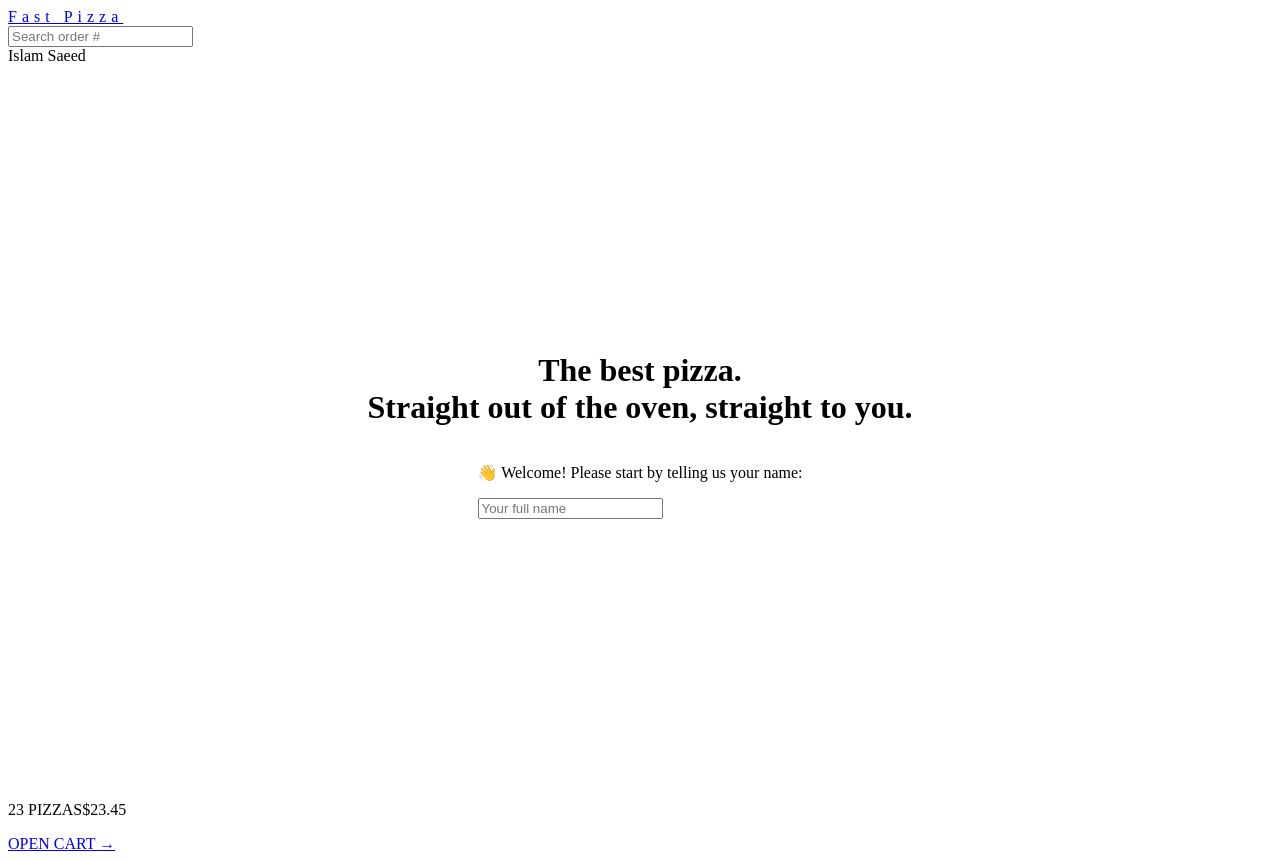
Repository: islamsaeedDev/ecommerce-cash-on-deliver-pizza-store
Page: /
An editor plug-in stored every save of this project. The page is shown before and after the next save, followed by the edit.
The browser window is 1280 px wide. The pictures show the whole page.
The project was rebuilt for these pictures with package versions that can differ from the ones it lists, and the page was loaded fresh each time. Also part of the build but not shown: vite.config.js, src/ui/Error.jsx, src/services/apiRestaurant.js, src/utils/helpers.js, src/features/menu/MenuItem.jsx, src/features/menu/Menu.jsx, src/features/cart/Cart.jsx, src/features/order/Order.jsx and 1 more. Imported but missing from the stored project, and not drawn on this page: src/features/order/CreateOrder.

Above is the page before, as saved 2025-10-22 08:15:12.

### index.html
<!doctype html>
<html lang="en">
  <head>
    <meta charset="UTF-8" />
    <link rel="icon" type="image/svg+xml" href="/vite.svg" />
    <meta name="viewport" content="width=device-width, initial-scale=1.0" />

    <title>Vite + React</title>
  </head>
  <body class="bg-stone-100 text-stone-700">
    <div id="root"></div>
    <script type="module" src="/src/main.jsx"></script>
  </body>
</html>

### src/App.jsx
import { createBrowserRouter, RouterProvider } from "react-router-dom";
import Home from "./ui/Home";
import Error from "./ui/Error";
import Menu, { loader as menuLoader } from "./features/menu/Menu";

import Cart from "./features/cart/Cart";
import CreateOrder, {
  action as createOrderAction,
} from "./features/order/CreateOrder";
import Order, { loader as orderLoader } from "./features/order/Order";
import AppLayout from "./ui/AppLayout";

const router = createBrowserRouter([
  {
    element: <AppLayout />,
    errorElement: <Error />,
    children: [
      {
        path: "/",
        element: <Home />,
      },
      {
        path: "/menu",
        element: <Menu />,
        loader: menuLoader,
        errorElement: <Error />,
      },
      { path: "/cart", element: <Cart /> },
      {
        path: "/order/new",
        element: <CreateOrder />,
        action: createOrderAction,
      },
      {
        path: "/order/:orderId",
        element: <Order />,
        loader: orderLoader,
        errorElement: <Error />,
      },
    ],
  },
]);

function App() {
  return <RouterProvider router={router} />;
}

export default App;

### src/index.css
@tailwind base;
@tailwind components;
@tailwind utilities;
/* body {
  font-family: system-ui, -apple-system, BlinkMacSystemFont, "Segoe UI", Roboto,
    Oxygen, Ubuntu, Cantarell, "Open Sans", "Helvetica Neue", sans-serif;
  background-color: #f7f7f7;
  color: #444;
}

.layout {
  display: grid;
  grid-template-rows: auto 1fr auto;
  gap: 32px;
  height: 100dvh;
} */

/* https://dev.to/afif/i-made-100-css-loaders-for-your-next-project-4eje */
.loader {
  width: 45px;
  aspect-ratio: 0.75;
  --c: no-repeat linear-gradient(#333 0 0);
  background: var(--c) 0% 50%, var(--c) 50% 50%, var(--c) 100% 50%;
  background-size: 20% 50%;
  animation: loading 1s infinite linear;
}

@keyframes loading {
  20% {
    background-position: 0% 0%, 50% 50%, 100% 50%;
  }
  40% {
    background-position: 0% 100%, 50% 0%, 100% 50%;
  }
  60% {
    background-position: 0% 50%, 50% 100%, 100% 0%;
  }
  80% {
    background-position: 0% 50%, 50% 50%, 100% 100%;
  }
}

### src/ui/Home.jsx
import CreateUser from '../features/user/CreateUser';

function Home() {
  return (
    <div className="flex min-h-screen flex-col items-center justify-center bg-gray-100 p-4">
      <h1 className="mb-8 text-center text-3xl font-semibold">
        The best pizza.
        <br />
        <span className="text-fuchsia-500">
          Straight out of the oven, straight to you.
        </span>
      </h1>

      <CreateUser />
    </div>
  );
}

export default Home;

### src/ui/AppLayout.jsx
import { Outlet, useNavigation } from 'react-router-dom';
import CartOverview from '../features/cart/CartOverview';
import Header from './Header';
import Loader from './Loader';

function AppLayout() {
  const navigation = useNavigation();

  const isLoading = navigation.state === 'loading';

  return (
    <div className="layout">
      {isLoading && <Loader />}
      <Header />
      <main>
        <Outlet />
      </main>

      <CartOverview />
    </div>
  );
}

export default AppLayout;

### src/features/cart/CartOverview.jsx
import { Link } from 'react-router-dom';

function CartOverview() {
  return (
    <div className="bg-stone-800 uppercase text-stone-200">
      <p className="font-semibold text-stone-300">
        <span>23 pizzas</span>
        <span>$23.45</span>
      </p>
      <Link to="/cart">Open cart &rarr;</Link>
    </div>
  );
}

export default CartOverview;

### src/ui/Header.jsx
import { Link } from 'react-router-dom';
import SearchOrder from '../features/order/SearchOrder';
import Username from '../features/user/Username';

function Header() {
  return (
    <header className="uppcase bg-fuchsia-500">
      <Link className="tracking-[5px]" to="/">
        Fast Pizza
      </Link>
      {/* <Link to="/menu">Menu</Link>
      <Link to="/cart">Cart</Link>
      <Link to="/order/new">Order pizzas</Link>
      <Link to="/order">Orders</Link> */}
      <SearchOrder />
      <Username />
    </header>
  );
}

export default Header;

### src/features/order/SearchOrder.jsx
import { useState } from "react";
import { useNavigate } from "react-router-dom";

function SearchOrder() {
  const [query, setQuery] = useState();
  const navigate = useNavigate();

  const handleSubmit = (e) => {
    e.preventDefault();
    if (!query) return;
    navigate(`/order/${query}`);
    setQuery("");
  };

  return (
    <form onSubmit={handleSubmit}>
      <input
        placeholder="Search order #"
        value={query}
        onChange={(e) => setQuery(e.target.value)}
      />
    </form>
  );
}

export default SearchOrder;

### src/features/user/Username.jsx
function Username() {
  return <div className="text-sm font-semibold">Islam Saeed</div>;
}

export default Username;

Loaded but not shown: src/main.jsx (common file); src/features/user/CreateUser.jsx (common file)

After the next save:
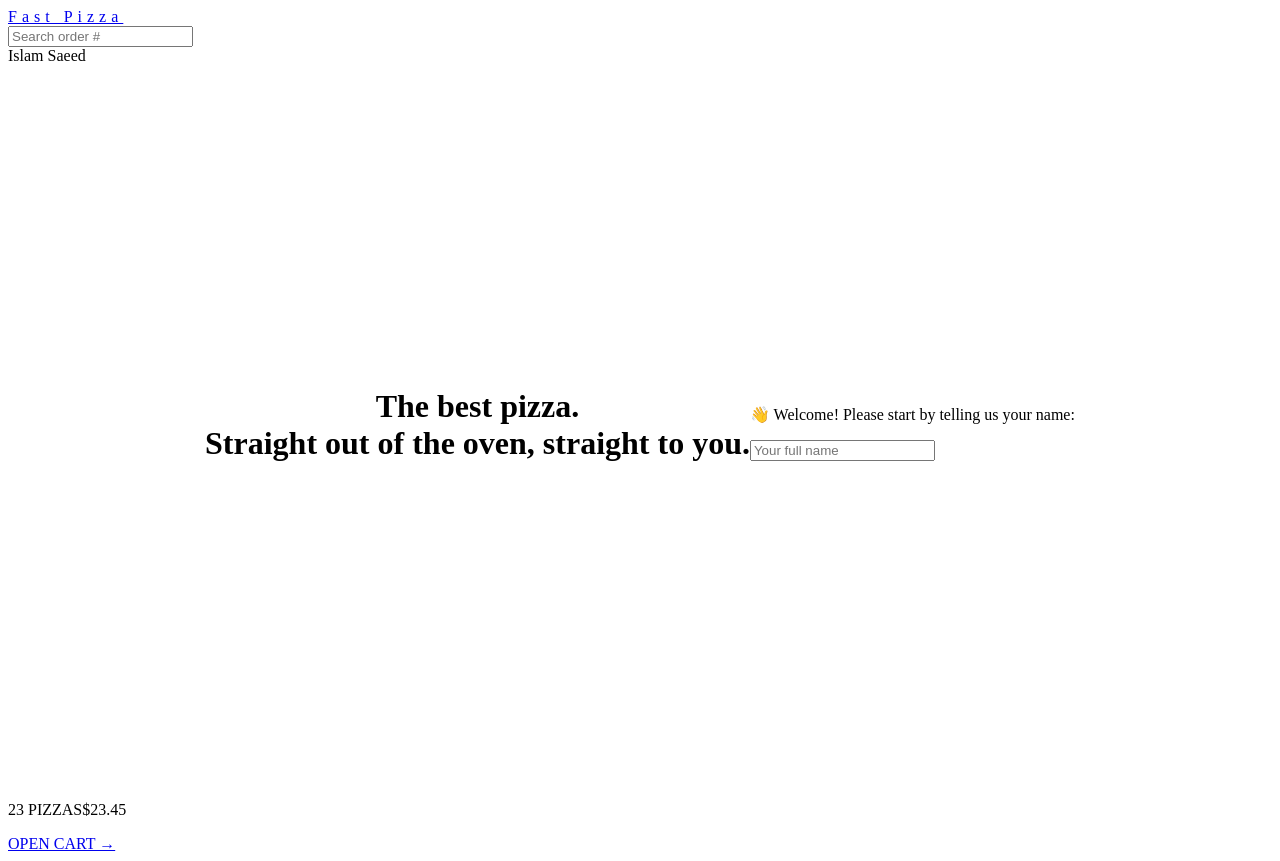
Saved 33 s later.
--- a/src/ui/Home.jsx
+++ b/src/ui/Home.jsx
@@ -2,7 +2,7 @@
 
 function Home() {
   return (
-    <div className="flex min-h-screen flex-col items-center justify-center bg-gray-100 p-4">
+    <div className="flex min-h-screen items-center justify-center bg-gray-100 p-4">
       <h1 className="mb-8 text-center text-3xl font-semibold">
         The best pizza.
         <br />

After the save that followed:
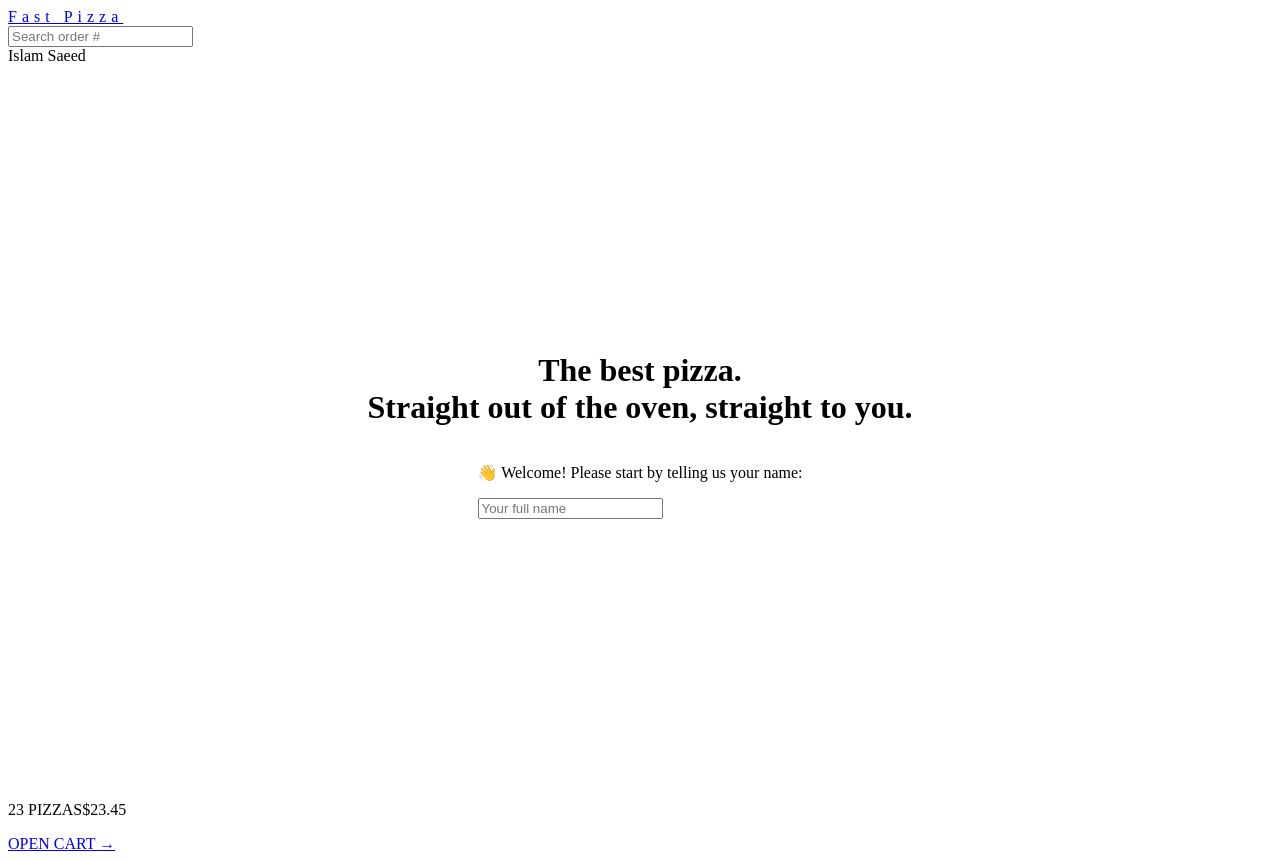
Saved 8 s later.
--- a/src/ui/Home.jsx
+++ b/src/ui/Home.jsx
@@ -2,7 +2,7 @@
 
 function Home() {
   return (
-    <div className="flex min-h-screen items-center justify-center bg-gray-100 p-4">
+    <div className="flex min-h-screen flex-col items-center justify-center bg-gray-100 p-4">
       <h1 className="mb-8 text-center text-3xl font-semibold">
         The best pizza.
         <br />
